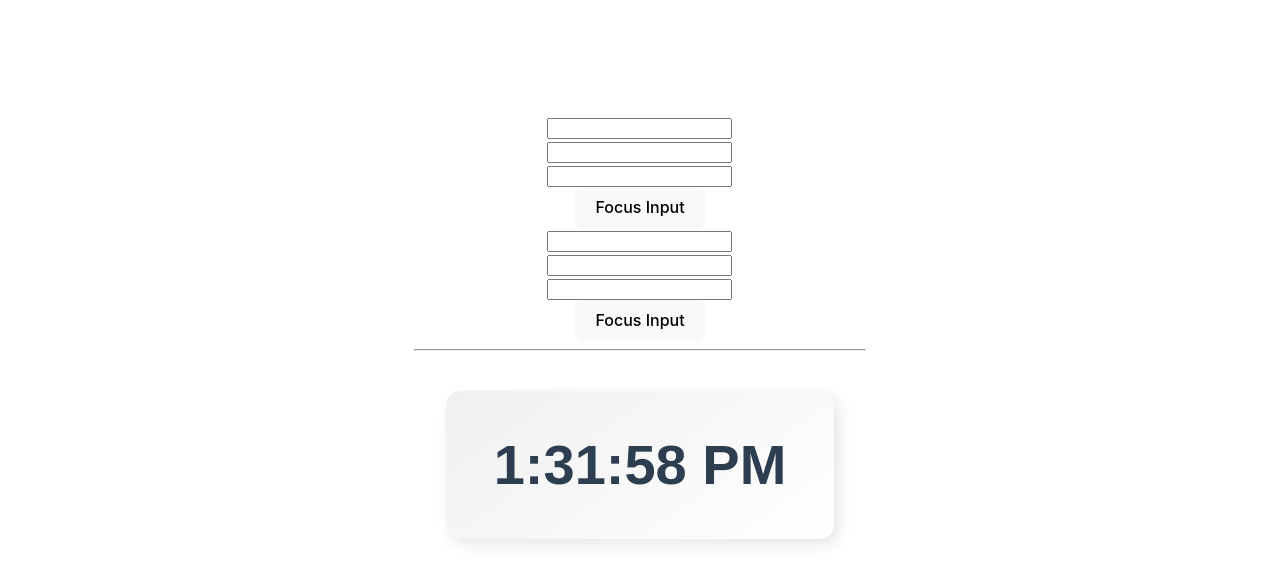
Repository: FARMAN9/inputdata-useRef-and-useEffect
Page: /
These files come from the project's save history. The page is drawn as it stood at one moment and after a run of saves; the edit follows.
The browser window is 1280 px wide. The pictures show the whole page.
The project was rebuilt for these pictures with package versions that can differ from the ones it lists, and the page was loaded fresh each time. Also part of the build but not shown: vite.config.js.

Above is the page before, as saved 2025-01-13 13:15:22.

### src/App.jsx
import { useEffect, useRef, useState, memo } from "react";
import reactLogo from "./assets/react.svg";
import viteLogo from "/vite.svg";
import "./App.css";
import Clock from "./components/Clock";
import InputData from "./components/inputdate";

function App() {
  const [time, setTime] = useState(new Date());
  const [data, setdata] = useState();

  useEffect(() => {
    const timer = setInterval(() => {
      setTime(new Date());
    }, 3000);

    // Cleanup interval on component unmount
    console.log(timer);
    return () => clearInterval(timer);
  }, []);
  const inputRef = useRef(null);
  const emailRef = useRef(null);
  const passwordRef = useRef(null);

  const focusInput = () => {
    inputRef.current.focus();
    emailRef.current.focus();
    passwordRef.current.focus();
    setdata(inputRef.current.value);
  };

  return (
    <>
      <InputData />

      <div>
        <input ref={inputRef} type="text" required />
        <br />
        <input ref={emailRef} type="email" />
        <br />
        <input ref={passwordRef} type="password" />
        <br />
        <button onClick={focusInput}>Focus Input</button>
      </div>

      <hr />
      <Clock time={time} state={data} />
    </>
  );
}

export default memo(App);

### src/components/Clock.jsx
import React, { useEffect, useState } from "react";
import "./clock.css";

function Clock({ time, state }) {
  return (
    <>
      <div className="clock">{time.toLocaleTimeString()}</div>
      <h1>{state}</h1>
    </>
  );
}

export default Clock;

### src/components/inputdate.jsx
import React, { useRef } from "react";

function InputData() {
  const inputRef = useRef(null);
  const emailRef = useRef(null);
  const passwordRef = useRef(null);

  const focusInput = () => {
    inputRef.current.focus();
    emailRef.current.focus();
    passwordRef.current.focus();
    console.log(inputRef.current.value);
  };

  return (
    <div>
      <input ref={inputRef} type="text" required />
      <br />
      <input ref={emailRef} type="email" />
      <br />
      <input ref={passwordRef} type="password" />
      <br />
      <button onClick={focusInput}>Focus Input</button>


    </div>
  );
}

export default InputData;

### src/components/clock.css
.clock {
  font-family: "Arial", sans-serif;
  font-size: 3.5rem;
  font-weight: 600;
  color: #2c3e50;
  background: linear-gradient(145deg, #f0f0f0, #ffffff);
  padding: 2rem 3rem;
  border-radius: 15px;
  box-shadow: 5px 5px 15px rgba(0, 0, 0, 0.1),
    -5px -5px 15px rgba(255, 255, 255, 0.8);
  display: inline-block;
  margin: 2rem;
  transition: all 0.3s ease;
}

.clock:hover {
  transform: translateY(-3px);
  box-shadow: 8px 8px 20px rgba(0, 0, 0, 0.12),
    -8px -8px 20px rgba(255, 255, 255, 0.9);
}

Loaded but not shown: index.html (common file); src/main.jsx (common file); src/index.css (common file); src/App.css (common file)

After the next 4 saves:
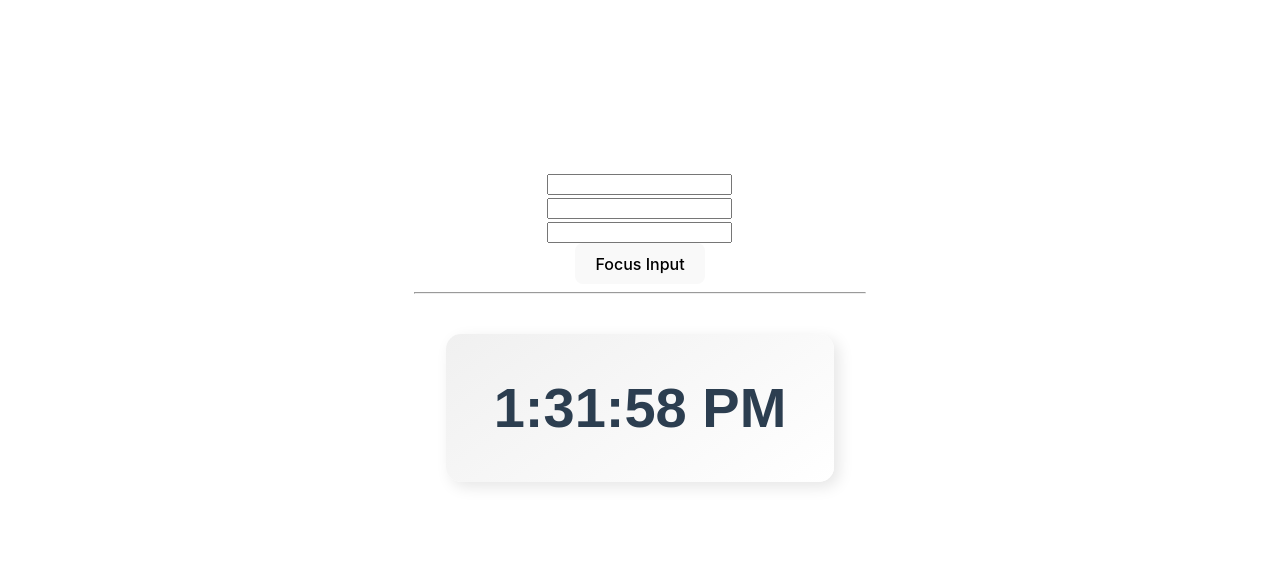
The 4 saves are shown as one change because they came seconds apart.
The last was saved 64 s later.
--- a/src/App.jsx
+++ b/src/App.jsx
@@ -31,7 +31,6 @@ function App() {
 
   return (
     <>
-      <InputData />
 
       <div>
         <input ref={inputRef} type="text" required />
